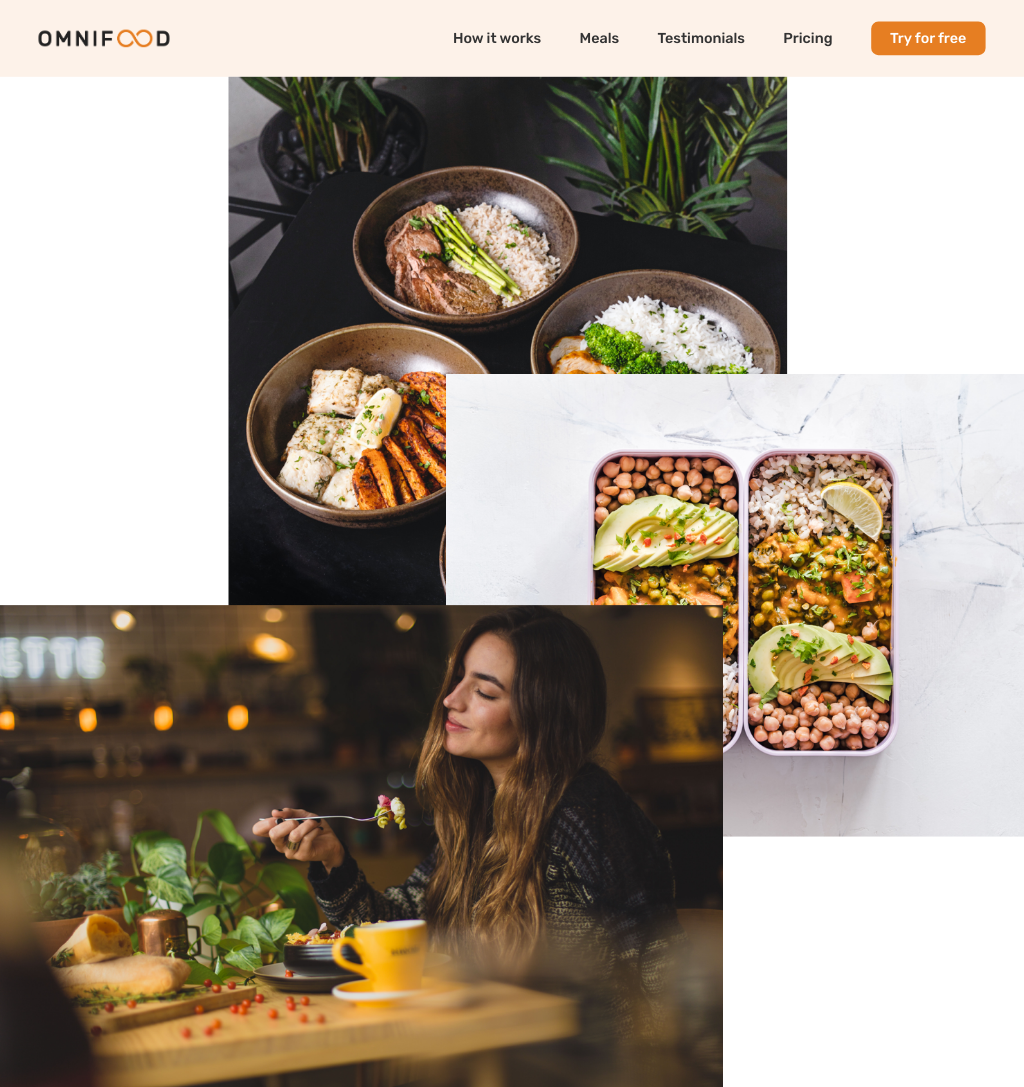
Repository: longvuht/omnifood-vu-nl
Page: index.html
An editor plug-in stored every save of this project. The page is shown before and after the next save, followed by the edit.
The browser window is 1280 px wide. The pictures show the whole page, at 80% of full size.
The style sheet was rebuilt from its Sass, Less or Tailwind sources for each picture, by a compiler version that may differ from the author's.

Above is the page before, as saved 2022-09-18 17:32:12.

After the next save:
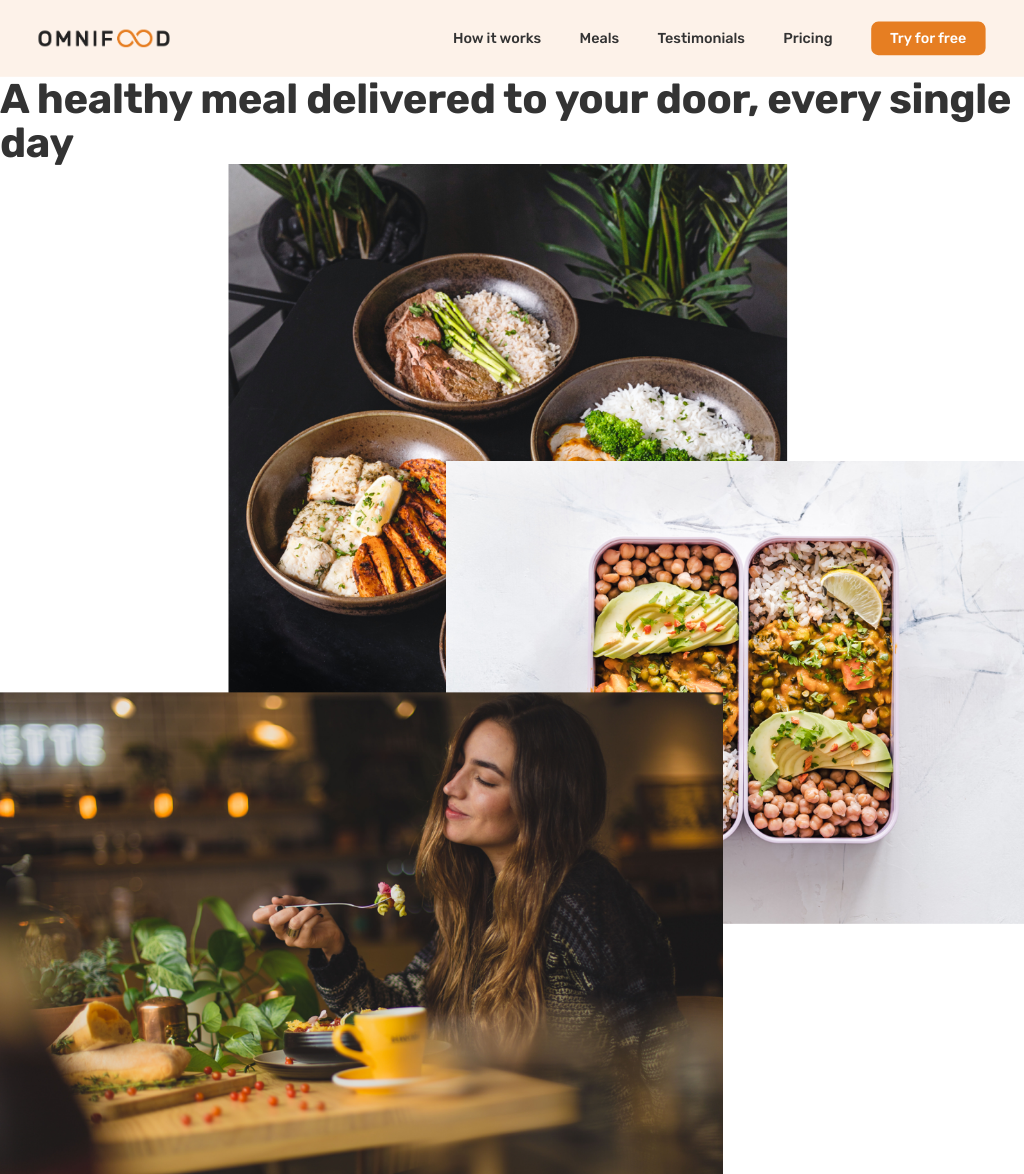
Saved 6 s later.
--- a/index.html
+++ b/index.html
@@ -48,7 +48,9 @@
       <section class="hero">
         <div class="hero__container">
           <div class="hero__info">
-            <h1 class="hero__heading"></h1>
+            <h1 class="hero__heading">
+              A healthy meal delivered to your door, every single day
+            </h1>
           </div>
           <div class="hero__image">
             <img
